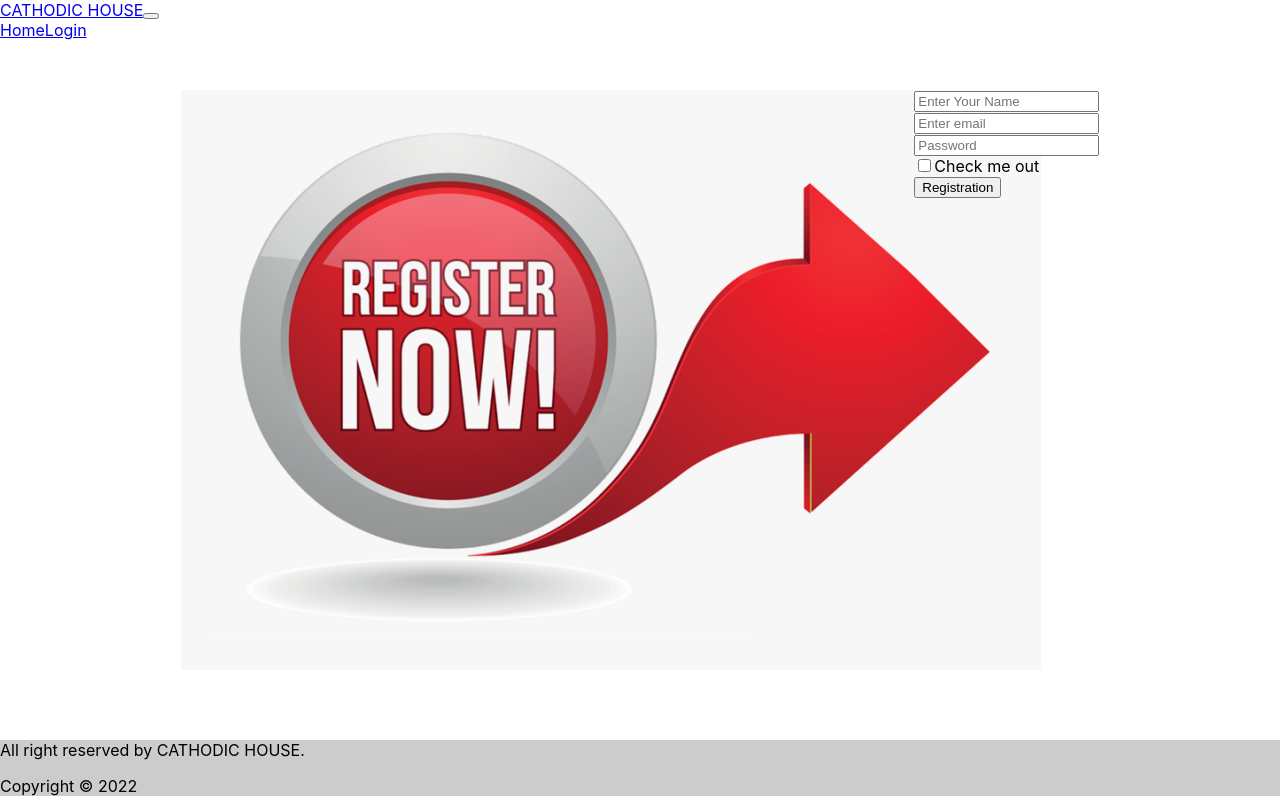
Repository: grnisna/warehouse-management-client-11
Page: /registration
The author's editor kept a copy of each file at every save. The page is drawn from the files as they stood at one save, then again after the next save.
The browser window is 1280 px wide. The pictures show the whole page.
The project was rebuilt for these pictures with package versions that can differ from the ones it lists, and the page was loaded fresh each time. Also part of the build but not shown: src/components/Login/Login/Login.js, src/components/Home/Carosel/Carosel.css, src/components/Home/Carosel/Carosel.js, src/components/Hooks/UseItems/UseItems.js, src/components/Home/Item/Item.css, src/components/Home/Item/Item.js, src/components/Home/Items/Items.css, src/components/Home/Items/Items.js and 3 more.

Above is the page before, as saved 2022-05-09 20:08:20.

### src/App.js
import { Route, Routes } from 'react-router-dom';
import Login from './components/Login/Login/Login';
import Header from './components/Home/Header/Header';
import Home from './components/Home/Home';
import ItemDetail from './components/Home/ItemDetail/ItemDetail';
import Footer from './components/Home/Footer/Footer';
import Carosel from './components/Home/Carosel/Carosel';
import { ToastContainer } from 'react-toastify';
import 'react-toastify/dist/ReactToastify.css';
import Registration from './components/Login/Registration/Registration';


function App() {
  return (
    <div>
      <Header></Header>
      <Routes>
        <Route path='/' element={<Home></Home>} ></Route>
        <Route path='/home' element={<Home></Home>} ></Route>
        <Route path='/carosel' element={<Carosel></Carosel>} ></Route>
        <Route path='/itemDetail/:itemId' element={<ItemDetail></ItemDetail>} ></Route>
        <Route path='/registration' element={<Registration></Registration>} ></Route>
        <Route path='/login' element={<Login></Login>} ></Route>
      </Routes>
      <Footer></Footer>
      <ToastContainer/>
    </div>
  );
}

export default App;

### src/components/Home/Header/Header.js
import React from 'react';
import { Container, Nav, Navbar } from 'react-bootstrap';
import { Link } from 'react-router-dom';

const Header = () => {
    return (
        <Navbar collapseOnSelect expand="lg" bg="dark" variant="dark">
            <Container>
                <Navbar.Brand as={Link} to="/home">CATHODIC HOUSE</Navbar.Brand>
                <Navbar.Toggle aria-controls="responsive-navbar-nav" />
                <Navbar.Collapse id="responsive-navbar-nav">
                    <Nav className="me-auto">
                        <Nav.Link href="#"></Nav.Link>
                        <Nav.Link href="#"></Nav.Link>

                    </Nav>
                    <Nav>
                        <Nav.Link as={Link} to="/home">Home</Nav.Link>
                        <Nav.Link eventKey={2}as={Link} to='/login'>
                            Login
                        </Nav.Link>
                    </Nav>
                </Navbar.Collapse>
            </Container>
        </Navbar>
    );
};

export default Header;

### src/components/Home/Footer/Footer.js
import React from 'react';
import './Footer.css';

const Footer = () => {
    const date = new Date().getFullYear();
    return (
        <div className='backgrond p-3 text-center' >
            <p>All right reserved by CATHODIC HOUSE.</p>
            <p><span>Copyright &copy; {date} </span></p>
        </div>
    );
};

export default Footer;

### src/components/Login/Registration/Registration.js
import React from 'react';
import { Button, Form } from 'react-bootstrap';
import { useCreateUserWithEmailAndPassword } from 'react-firebase-hooks/auth';
import image from '../../../images/registration/registration-image2.png';
import auth from '../Login/firebase/firebase.init';
import './Registration.css';

const Registration = () => {
    const [
        createUserWithEmailAndPassword,
        user,
        loading,
        error,
      ] = useCreateUserWithEmailAndPassword(auth);

      const handleSignIn = event =>{
          event.preventDefault();
          const email = event.target.email.value;
          const password = event.target.password.value;
        createUserWithEmailAndPassword(email,password);
      }
    return (
        <div className=" registration " >
            <div className='image-area' >
                <img className='img-fluid' src={image} alt="" />
            </div>

            <div>
            <Form onSubmit={handleSignIn}>
                <Form.Group className="mb-3" controlId="formBasicText">

                    <Form.Control type="text" className='w-100' placeholder="Enter Your Name" />
                </Form.Group>

                <Form.Group className="mb-3" controlId="formBasicEmail">

                    <Form.Control type="email" name='email' placeholder="Enter email" />
                </Form.Group>

                <Form.Group className="mb-3" controlId="formBasicPassword">

                    <Form.Control type="password" name='password' placeholder="Password" />
                </Form.Group>

                <Form.Group className="mb-3" controlId="formBasicCheckbox">
                    <Form.Check type="checkbox" label="Check me out" />
                </Form.Group>

                <Button variant="primary" type="submit">
                   Registration
                </Button>
            </Form>
            </div>
        </div>
    );
};

export default Registration;

### src/components/Login/Login/firebase/firebase.init.js
// Import the functions you need from the SDKs you need
import { initializeApp } from "firebase/app";

import { getAuth } from "firebase/auth";
// TODO: Add SDKs for Firebase products that you want to use
// https://firebase.google.com/docs/web/setup#available-libraries

// Your web app's Firebase configuration
// For Firebase JS SDK v7.20.0 and later, measurementId is optional
const firebaseConfig = {
  apiKey: process.env.REACT_APP_apiKey,
  authDomain: process.env.REACT_APP_authDomain,
  projectId: process.env.REACT_APP_projectId,
  storageBucket: process.env.REACT_APP_storageBucket,
  messagingSenderId: process.env.REACT_APP_messagingSenderId,
  appId: process.env.REACT_APP_appId,
  measurementId: process.env.REACT_APP_measurementId
};

// Initialize Firebase
const app = initializeApp(firebaseConfig);

const auth = getAuth(app);

export default auth;

### src/components/Home/Footer/Footer.css
.backgrond{
    background-color: #ccc;
}

### src/components/Login/Registration/Registration.css
.registration{
    display: flex;
    justify-content: space-around;
    padding: 50px;

}
.image-area{
    width: 40%;
    height: auto;
}

Loaded but not shown: src/index.js (common file); src/index.css (common file); src/reportWebVitals.js (common file)

After the next save:
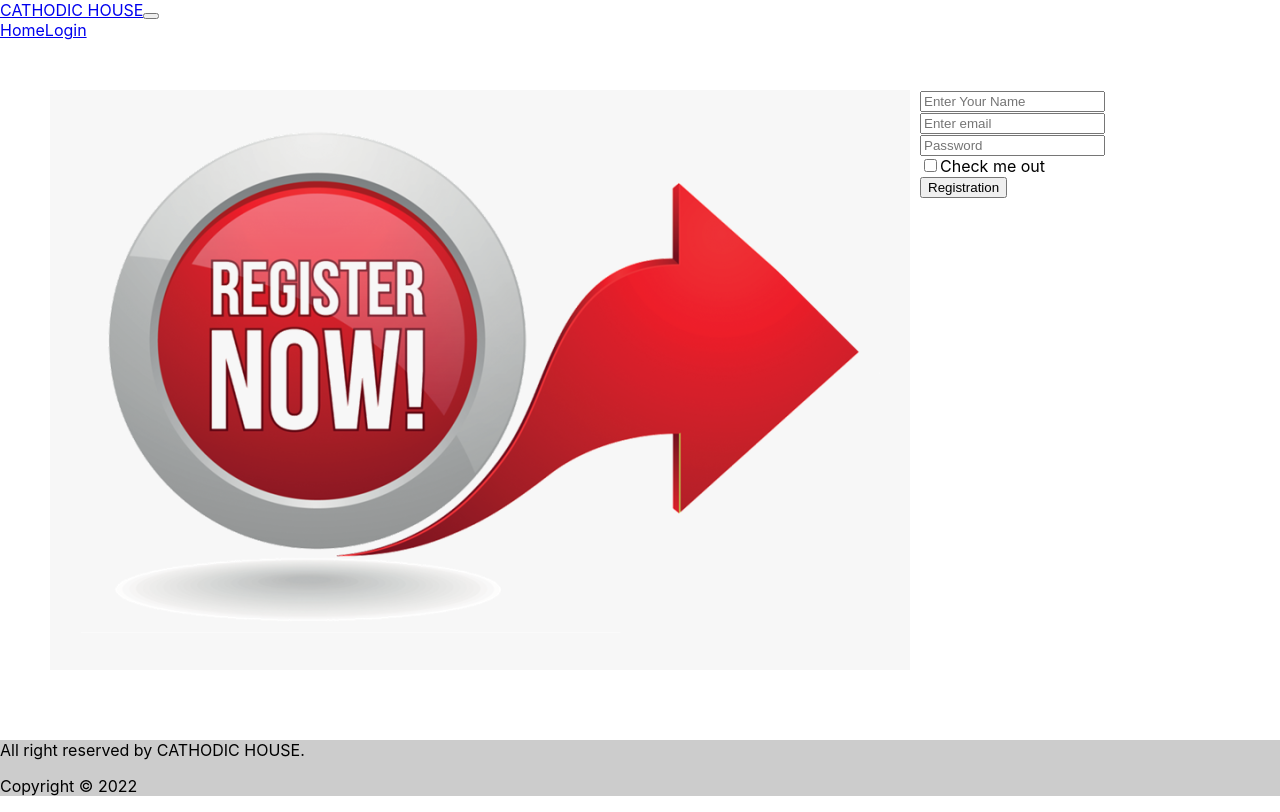
Saved 67 s later.
--- a/src/components/Login/Registration/Registration.css
+++ b/src/components/Login/Registration/Registration.css
@@ -1,6 +1,7 @@
 .registration{
-    display: flex;
-    justify-content: space-around;
+    display: grid;
+    grid-template-columns: repeat(2,1fr);
+    grid-gap: 10px;
     padding: 50px;
 
 }
